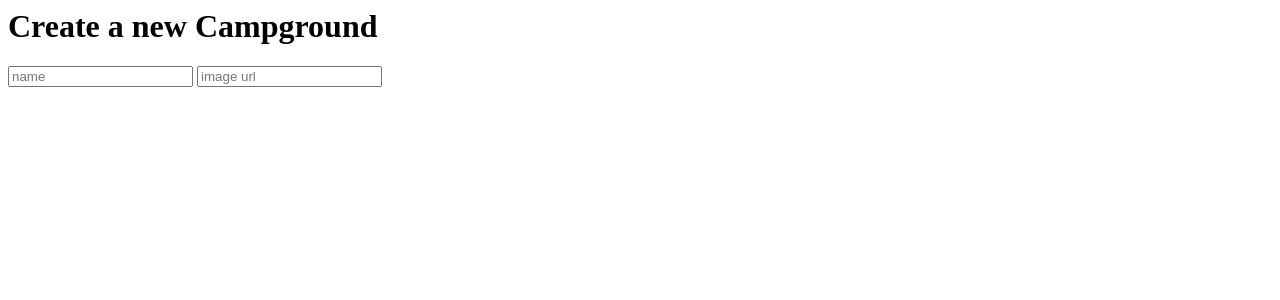
Repository: manojsatya/YelpCamp
Page: http://localhost/campgrounds/new
The author's editor kept a copy of each file at every save. The page is drawn from the files as they stood at one save, then again after the next save.
The browser window is 1280 px wide. The pictures show the whole page.
The page is served by the project's Node server (app.js).

Above is the page before, as saved 2019-06-14 13:19:16.

### views/new.ejs
<h1>Create a new Campground</h1>

<form action="/campgrounds" method="POST">
    <input type="text" name="" id="" placeholder="name">
    <input type="text" name="" id="" placeholder="image url">

</form>

### app.js
var express = require("express");
var app = express();
var bodyParser = require("body-parser");

app.use(bodyParser.urlencoded({extended: true}));
app.set("view engine", "ejs");

app.get("/", function(req, res){
    res.render("landing");
});

app.get("/campgrounds", function(req, res){
    var campgrounds = [
        {name: "Manoj Satya", image: "https://mk0theadventuregfnyq.kinstacdn.com/wp-content/uploads/Tips-for-Hiking-and-Camping-in-the-Snow-3.jpg"},
        {name: "Shradha Shiv", image: "https://www.michigan.org/sites/default/files/styles/15_6_desktop/public/camping-hero_0_0.jpg?itok=mgGs0-vw&timestamp=1520373602"},
        {name: "Meghana", image: "https://taosmountainoutfitters.com/wp-content/uploads/2018/09/camping_fullsize_story1.jpg"}
    ]

    res.render("campgrounds",{campgrounds:campgrounds});
});

app.post("/campgrounds", function(req, res){
    res.send("You hot the post route!!");
    //get data from form and add to campground array
    //redirect back to campgrounds page
});

app.get("/campgrounds/new", function(req, res){
    res.render("new.ejs");
});


app.listen(3000, function(){
    console.log("The YelpCamp Server has started");
});

After the next save:
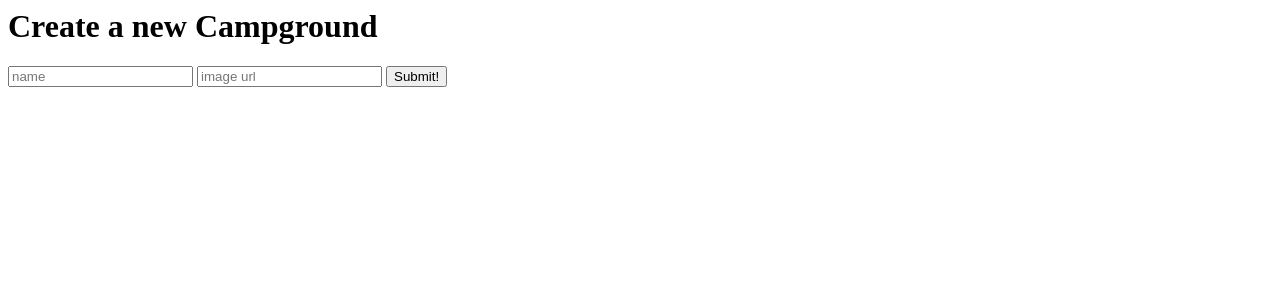
Saved 16 s later.
--- a/views/new.ejs
+++ b/views/new.ejs
@@ -3,5 +3,6 @@
 <form action="/campgrounds" method="POST">
     <input type="text" name="" id="" placeholder="name">
     <input type="text" name="" id="" placeholder="image url">
+    <button> Submit!</button>
 
 </form>
